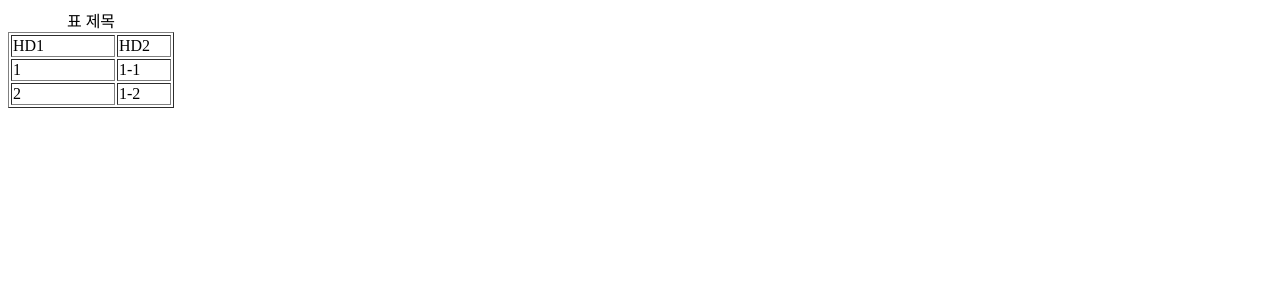
Repository: o-ddong/JSP
Page: ch1_html/WebContent/hello.html
An editor plug-in stored every save of this project. The page is shown before and after the next save, followed by the edit.
The browser window is 1280 px wide. The pictures show the whole page.

Above is the page before, as saved 2021-03-03 05:19:59.

### ch1_html/WebContent/hello.html
<!DOCTYPE html>
<html>
<head>
<meta charset="EUC-KR">
<title>Insert title here</title>
<style type = "text/css">
	.style0{border:solid}
	.style1{font-family:궁서체 ; color:red; font-size:25px; width:100px}
	.style2{font-family:italic; color:blur; font-size:18px; width:50px}
</style>
</head>
<body>

<table>
<table border = "1">
<caption> 표 제목</caption>
<tr width=150px><td width=100px> HD1 </td> <td width=50px> HD2 </td> </tr>
<tr width=1px><td width=1px> 1 </td> <td> 1-1 </td> </tr>
<tr><td> 2 </td> <td> 1-2 </td> </tr>
</table>

</body>
</html>

After the next save:
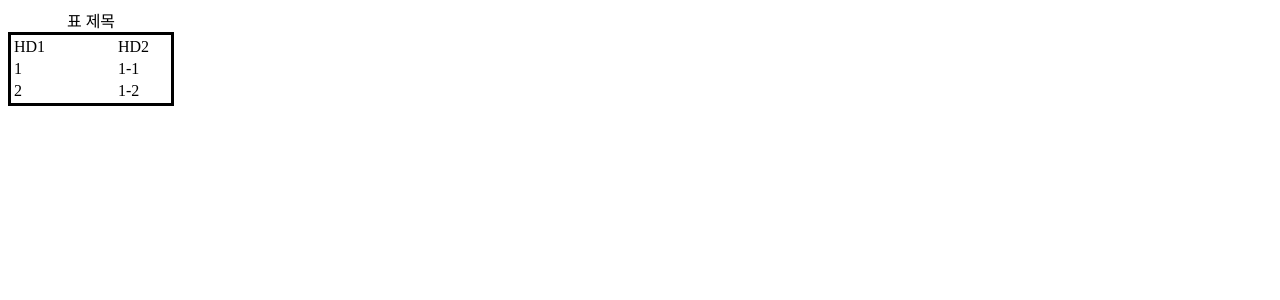
Saved 44 s later.
--- a/ch1_html/WebContent/hello.html
+++ b/ch1_html/WebContent/hello.html
@@ -7,12 +7,13 @@
 	.style0{border:solid}
 	.style1{font-family:궁서체 ; color:red; font-size:25px; width:100px}
 	.style2{font-family:italic; color:blur; font-size:18px; width:50px}
+	.style3{background-color:yellow;}
 </style>
 </head>
 <body>
 
 <table>
-<table border = "1">
+<table class = "style0">
 <caption> 표 제목</caption>
 <tr width=150px><td width=100px> HD1 </td> <td width=50px> HD2 </td> </tr>
 <tr width=1px><td width=1px> 1 </td> <td> 1-1 </td> </tr>

After the 2 saves that followed:
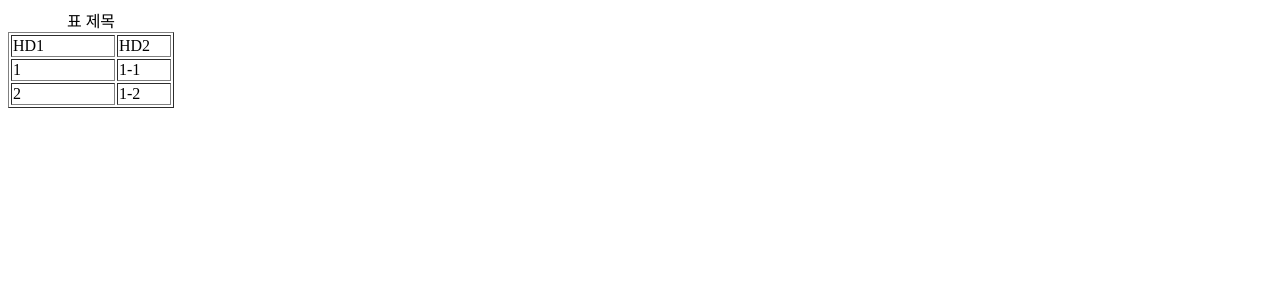
The 2 saves are shown as one change because 1 left the picture as it was.
The last was saved 28 s later.
--- a/ch1_html/WebContent/hello.html
+++ b/ch1_html/WebContent/hello.html
@@ -13,7 +13,7 @@
 <body>
 
 <table>
-<table class = "style0">
+<table border = "1">
 <caption> 표 제목</caption>
 <tr width=150px><td width=100px> HD1 </td> <td width=50px> HD2 </td> </tr>
 <tr width=1px><td width=1px> 1 </td> <td> 1-1 </td> </tr>
